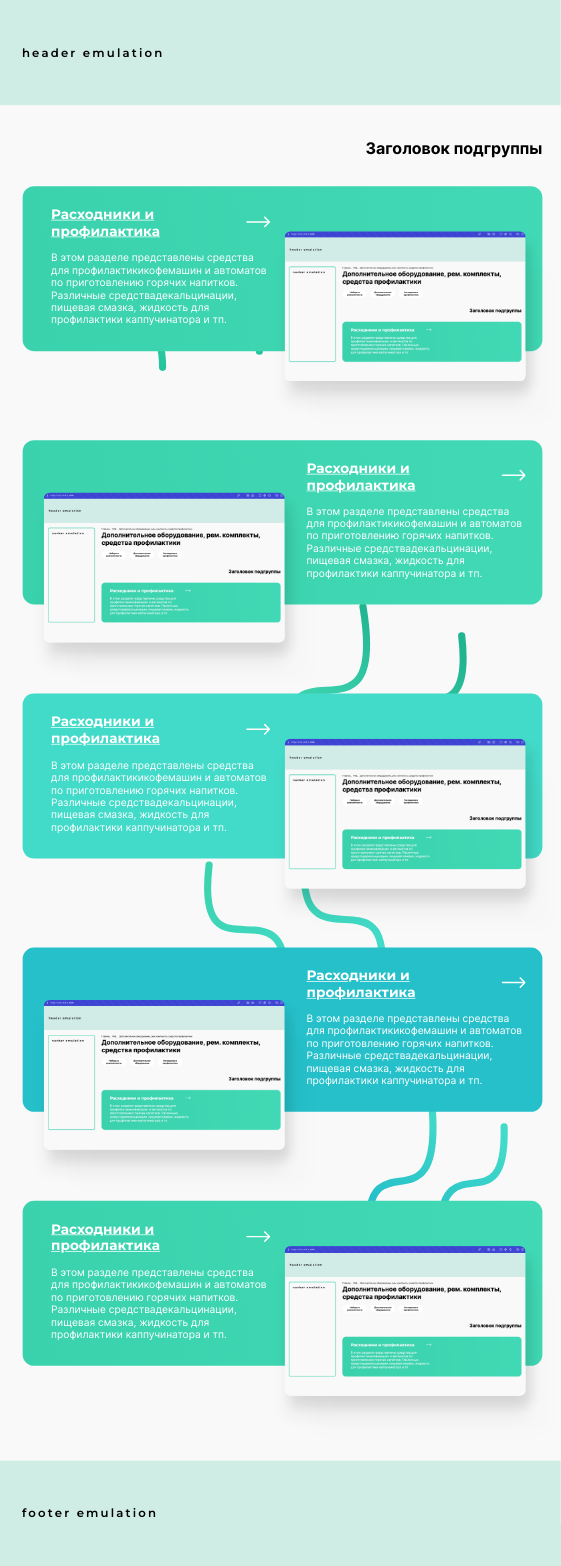
Repository: axonde/venpart-faq-pages
Page: index.html
An editor plug-in stored every save of this project. The page is shown before and after a run of saves, followed by the edit.
The browser window is 768 px wide. The pictures show the whole page, at 73% of full size.

Above is the page before, as saved 2024-02-28 20:10:57.

After the next 2 saves:
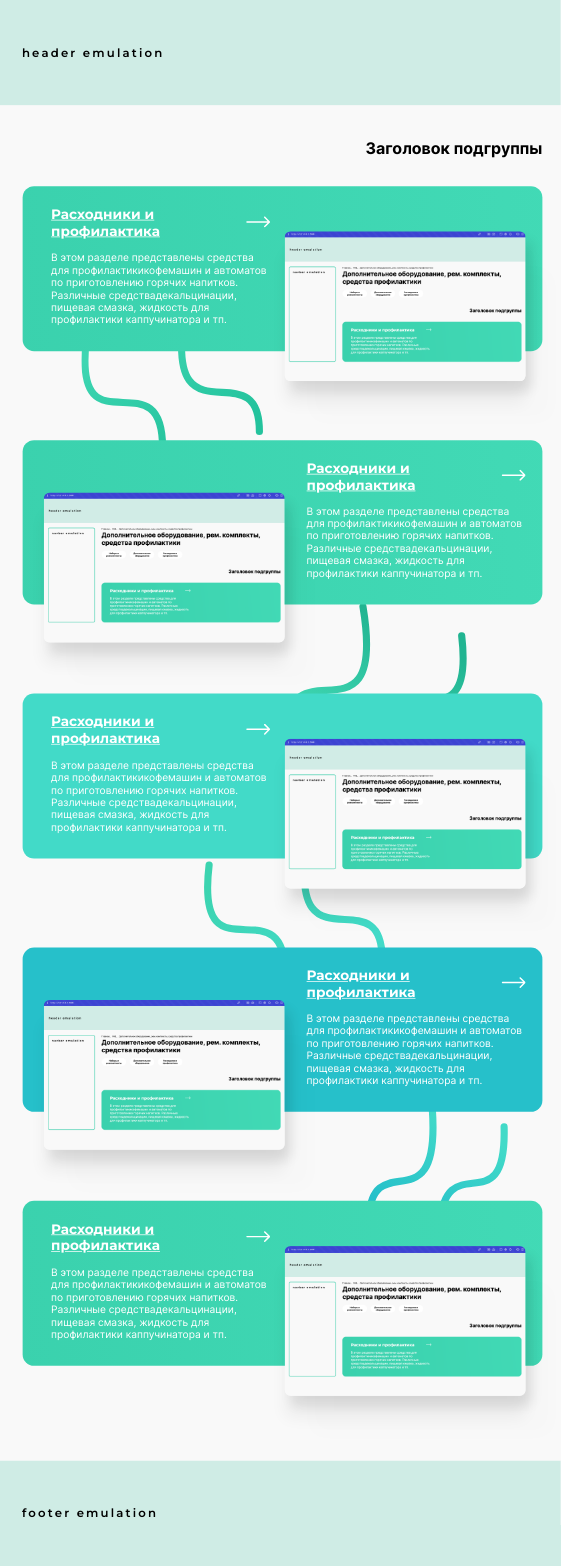
The 2 saves are shown as one change because they came seconds apart.
The last was saved 6 s later.
--- a/style.css
+++ b/style.css
@@ -653,7 +653,7 @@ scrollbar-width: none; /* Firefox */}
 		font: 14px 'Inter';}
 	.faq__item::after {
 		transform: scale(0.7);
-    bottom: -70px;
+    bottom: -180px;
     left: 27px;}
 	.faq__item:nth-child(2n)::after {
 		transform: scale(0.7);
